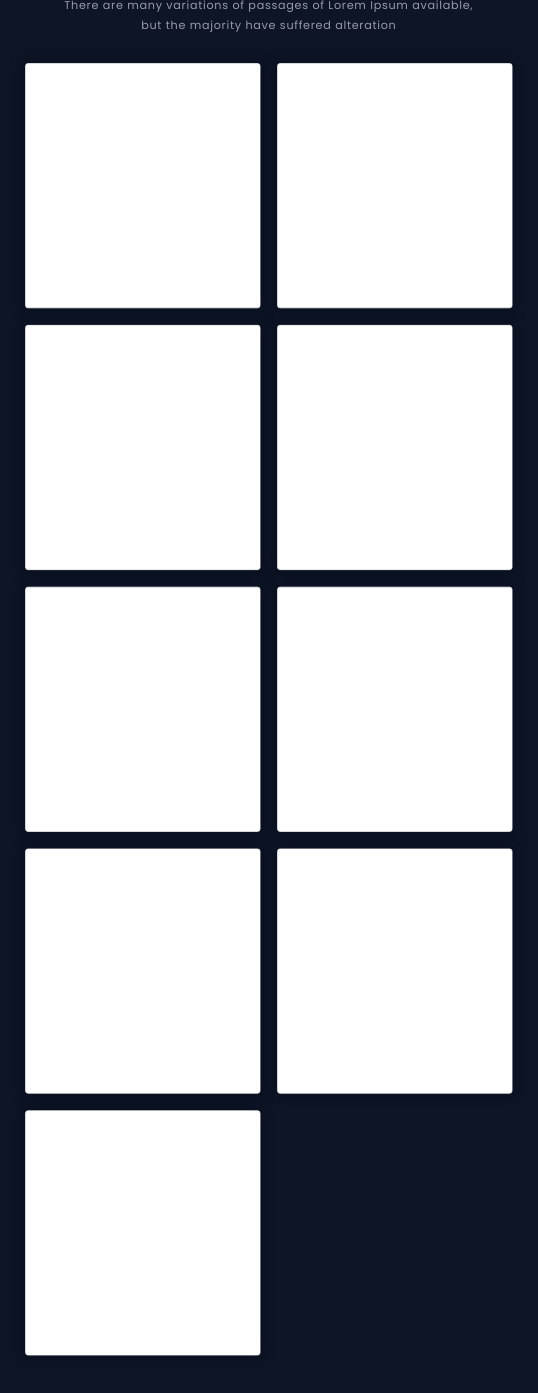
Repository: wadelfadill/Bootstrap_tache_3_responsive_portfolio
Page: index.html
These files come from the project's save history. The page is drawn as it stood at one moment and after the next save; the edit follows.
The browser window is 768 px wide. The pictures show the part of the page from y = 3546 to 5786 px (the page is 5536 px tall before and 5786 px after), at 70% of full size.
Pictures or frames that could not be fetched are drawn as grey boxes. Backgrounds fixed to the window are drawn as part of the page. Some web libraries are served in a nearby version.

Above is the page before, as saved 2023-04-11 12:03:40.

### index.html
<!DOCTYPE html>
<html lang="en">
<head>
    <meta charset="UTF-8">
    <meta http-equiv="X-UA-Compatible" content="IE=edge">
    <meta name="viewport" content="width=device-width, initial-scale=1.0">
    <title>Bootstrap_Responsive_Portfolio</title>
    <!------ FAVICON ------->
    <link rel="icon" type="image/png" href="images/favicon.png">

    <!------------ Bootstrap link --------------->
    <link href="https://cdn.jsdelivr.net/npm/bootstrap@5.1.3/dist/css/bootstrap.min.css" rel="stylesheet" integrity="sha384-1BmE4kWBq78iYhFldvKuhfTAU6auU8tT94WrHftjDbrCEXSU1oBoqyl2QvZ6jIW3" crossorigin="anonymous">

    <!-------------- Font-awsome script  ------------->
    <script src="https://kit.fontawesome.com/8f130c8a35.js" crossorigin="anonymous"></script>

    <!------------ CSS files link  ------------->
    <link rel="stylesheet" href="css/style.css">
    <link rel="stylesheet" href="css/responsive-style.css">

    <!------------- Google-Font link ---------------->
    <link rel="stylesheet" href="https://fonts.googleapis.com/css2?family=Poppins%3Awght%40100%3B200%3B300%3B400%3B500%3B600%3B700%3B800%3B900&display=swap">
</head>
<body data-bs-spy="scroll" data-bs-target=".navbar" data-bs-offset="75">
    <!------------------------------------------------------>
        <!------------- Navbar Section ----------->
        <header class="header_wrapper">
            <nav class="navbar navbar-expand-lg fixed-top">
                <div class="container">
                  <a class="navbar-brand" href="#">
                    <img src="images/logo.png" alt="logo" class="img-fluid">
                  </a>
                  <button class="navbar-toggler" type="button" data-bs-toggle="collapse" data-bs-target="#navbarNav" aria-controls="navbarNav" aria-expanded="false" aria-label="Toggle navigation">
                    <i class="fa-solid fa-bars-staggered navbar-toggler-icon"></i>
                  </button>
                  <div class="collapse navbar-collapse justify-content-end" id="navbarNav">
                    <ul class="navbar-nav menu-navbar-nav">
                      <li class="nav-item">
                        <a class="nav-link active" aria-current="page" href="#home">Home</a>
                      </li>
                      <li class="nav-item">
                        <a class="nav-link" href="#about">About</a>
                      </li>
                      <li class="nav-item">
                        <a class="nav-link" href="#services">Services</a>
                      </li>
                      <li class="nav-item">
                        <a class="nav-link" href="#portfolio">Portfolio</a>
                      </li>
                      <li class="nav-item">
                        <a class="nav-link" href="#contact">Contact</a>
                      </li>
                      <li class="nav-item mt-3 mt-lg-0">
                        <a class="main-btn" href="#contact">Hire me</a>
                      </li>
                    </ul>
                  </div>
                </div>
              </nav>
        </header>
        <!----------- Navbar section end -------->
    <!------------------------------------------------------>
        <!----------- Banner section ------------->
        <section id="home" class="banner_wrapper">
            <div class="container">
                <div class="row">
                    <div class="col-sm-12 text-center text-md-start">
                        <h6>WELCOME TO MY WORLD</h6>
                        <h1>I'me Joe Biden <br> JS Developer. <span><br>based in USA</span></h1>
                        <div class="mt-4">
                            <a href="" class="main-btn">Download CV</a>
                        </div>
                    </div>
                </div>
            </div>
        </section>
        <!----------- Banner section end --------->
    <!------------------------------------------------------>
        <!----------- About section -------------->
        <section id="about" class="about_wrapper">
            <div class="container">
              <div class="row justify-content-between align-items-center">
                  <div class="col-lg-5 mb-lg-0">
                    <img src="images/about.jpg" alt="about-img" class="img-fluid rounded-3">
                  </div>
                  <div class="col-lg-7 ps-lg-5 text-center text-lg-start">
                    <div class="my-3 my-lg-0">
                      <span class="subtitle">My About Details</span>
                      <h2>About Me</h2>
                      <p>There are many variations of passages of lorem Ipsum available, but the majority have
                        suffered in some form, by injected humour.</p>
                    </div>
                    <div class="pt-4">
                      <ul class="nav nav-pills mb-3 justify-content-center justify-content-lg-between" id="pills-tab" role="tablist">
                        <li class="nav-item" role="presentation">
                          <button class="nav-link active" id="pills-skill-tab" data-bs-toggle="pill" data-bs-target="#pills-skill" type="button" role="tab" aria-controls="pills-skill" aria-selected="true">Main skills</button>
                        </li>
                        <li class="nav-item" role="presentation">
                          <button class="nav-link" id="pills-award-tab" data-bs-toggle="pill" data-bs-target="#pills-award" type="button" role="tab" aria-controls="pills-award" aria-selected="false">Awards</button>
                        </li>
                        <li class="nav-item" role="presentation">
                          <button class="nav-link" id="pills-experiance-tab" data-bs-toggle="pill" data-bs-target="#pills-experiance" type="button" role="tab" aria-controls="pills-experiance" aria-selected="false">Experiances</button>
                        </li>
                        <li class="nav-item" role="presentation">
                          <button class="nav-link" id="pills-education-tab" data-bs-toggle="pill" data-bs-target="#pills-education" type="button" role="tab" aria-controls="pills-education" aria-selected="false">Education</button>
                        </li>
                      </ul>
                      <div class="tab-content" id="pills-tabContent">
                        <div class="tab-pane fade show active" id="pills-skill" role="tabpanel" aria-labelledby="pills-skill-tab" tabindex="0">
                            <div class="single-progress">
                                <h6>Designing</h6>
                                <div class="progress">
                                  <div class="progress-bar" role="progressbar" aria-label="Basic example" style="width: 95%" aria-valuenow="25" aria-valuemin="0" aria-valuemax="100"></div>
                                </div>
                                <span class="label">95%</span>
                            </div>
                            <div class="single-progress">
                              <h6>Management</h6>
                              <div class="progress">
                                <div class="progress-bar" role="progressbar" aria-label="Basic example" style="width: 85%" aria-valuenow="25" aria-valuemin="0" aria-valuemax="100"></div>
                              </div>
                              <span class="label">85%</span>
                            </div>
                            <div class="single-progress">
                              <h6>Designing</h6>
                              <div class="progress">
                                <div class="progress-bar" role="progressbar" aria-label="Basic example" style="width: 95%" aria-valuenow="25" aria-valuemin="0" aria-valuemax="100"></div>
                              </div>
                              <span class="label">95%</span>
                            </div>
                            <div class="single-progress">
                              <h6>Marketing</h6>
                              <div class="progress">
                                <div class="progress-bar" role="progressbar" aria-label="Basic example" style="width: 75%" aria-valuenow="25" aria-valuemin="0" aria-valuemax="100"></div>
                              </div>
                              <span class="label">75%</span>
                            </div>
                            <div class="single-progress">
                              <h6>Development</h6>
                              <div class="progress">
                                <div class="progress-bar" role="progressbar" aria-label="Basic example" style="width: 80%" aria-valuenow="25" aria-valuemin="0" aria-valuemax="100"></div>
                              </div>
                              <span class="label">80%</span>
                            </div>
                        </div>
                        <div class="tab-pane fade" id="pills-award" role="tabpanel" aria-labelledby="pills-award-tab" tabindex="0">
                          <ul class="text-start ps-0">
                            <li>
                              <a href="#">
                              Awards.com<span>- Winner</span></a> 2019 -2020</li>
                            <li>
                              <a href="#">
                              CSS Design Awards<span>- Winner</span></a> 2017 - 2018</li>
                            <li>
                              <a href="#">
                              Design nominees<span>- Site of the day</span></a></li>
                            <li>
                              <a href="#">
                              Awards.com<span>- Winner</span></a> 2019 - 2020</li>
                          </ul>
                        </div>
                        <div class="tab-pane fade" id="pills-experiance" role="tabpanel" aria-labelledby="pills-experiance-tab" tabindex="0">
                          <ul class="text-start ps-0">
                              <li><a href="#">Sr. Front-end Engineer <span>- Google</span></a>2018 - Current</li>
                              <li><a href="#">Front-end Engineer<span>- Microsoft</span></a> 2017 - 2018</li>
                              <li><a href="#">Software Engineer<span>- Alibaba</span></a> 2013 - 2014</li>
                              <li><a href="#">Software Engineer<span>- Alibaba</span></a> 2013 - 2014</li>
                          </ul>
                        </div>
                        <div class="tab-pane fade" id="pills-education" role="tabpanel" aria-labelledby="pills-education-tab" tabindex="0">
                          <ul class="text-start ps-0">
                            <li><a href="#">Bsc In CSE <span>- ABC University, Los Angeles, CA</span></a>2010</li>
                            <li><a href="#">Dilploma in Computer Science<span>- Gama Technical</span></a> 2009</li>
                            <li><a href="#">Graphic Designer<span>- ABC Institute, Los Angeles, CA</span></a> 2007</li>
                            <li><a href="#">Graphic Designer<span>- ABC Institute, Los Angeles, CA</span></a> 2007</li>
                        </ul>
                        </div>
                      </div>
                    </div>
                  </div>
              </div>
            </div>
        </section>
        <!----------- About section end ---------->
    <!------------------------------------------------------->
        <!----------- Services section ----------->
        <section id="services" class="services_wrapper">
            <div class="container">
              <div class="row">
                <div class="col-sm-12 text-center mb-4">
                  <span class="subtitle">
                    What I can do for you
                  </span>
                  <h2>My Awesome Service</h2>
                  <p>There are many variations of passages of Lorem Ipsum available,
                    <br class="d-none d-md-block"> but the majority have suufered alteration.</p>
                </div>
                <div class="row">
                  <div class="col-lg-4 col-md-6 mb-4">
                    <div class="card">
                      <div class="card-body text-md-start text-center">
                        <img src="images/service/service-1.svg" alt="service-img-1" class="img-fluid mb-4">
                        <h3>Business Strategy</h3>
                        <p>Lorem ipsum dolor sit amet, consectetur adipisicing elit.</p>
                      </div>
                    </div>
                  </div>
                  <div class="col-lg-4 col-md-6 mb-4">
                    <div class="card">
                      <div class="card-body text-md-start text-center">
                        <img src="images/service/service-1.svg" alt="service-img-1" class="img-fluid mb-4">
                        <h3>Business Strategy</h3>
                        <p>Lorem ipsum dolor sit amet, consectetur adipisicing elit.</p>
                      </div>
                    </div>
                  </div>
                  <div class="col-lg-4 col-md-6 mb-4">
                    <div class="card">
                      <div class="card-body text-md-start text-center">
                        <img src="images/service/service-2.svg" alt="service-img-1" class="img-fluid mb-4">
                        <h3>Marketing & Reporting</h3>
                        <p>Lorem ipsum dolor sit amet, consectetur adipisicing elit.</p>
                      </div>
                    </div>
                  </div>
                  <div class="col-lg-4 col-md-6 mb-4">
                    <div class="card">
                      <div class="card-body text-md-start text-center">
                        <img src="images/service/service-3.svg" alt="service-img-1" class="img-fluid mb-4">
                        <h3>Mobile App Development</h3>
                        <p>Lorem ipsum dolor sit amet, consectetur adipisicing elit.</p>
                      </div>
                    </div>
                  </div>
                  <div class="col-lg-4 col-md-6 mb-4">
                    <div class="card">
                      <div class="card-body text-md-start text-center">
                        <img src="images/service/service-4.svg" alt="service-img-1" class="img-fluid mb-4">
                        <h3>Marketing & Reporting</h3>
                        <p>Lorem ipsum dolor sit amet, consectetur adipisicing elit.</p>
                      </div>
                    </div>
                  </div>
                  <div class="col-lg-4 col-md-6 mb-4">
                    <div class="card">
                      <div class="card-body text-md-start text-center">
                        <img src="images/service/service-3.svg" alt="service-img-1" class="img-fluid mb-4">
                        <h3>Mobile App Development</h3>
                        <p>Lorem ipsum dolor sit amet, consectetur adipisicing elit.</p>
                      </div>
                    </div>
                  </div>
                  <div class="col-lg-4 col-md-6 mb-4">
                    <div class="card">
                      <div class="card-body text-md-start text-center">
                        <img src="images/service/service-1.svg" alt="service-img-1" class="img-fluid mb-4">
                        <h3>Business Strategy</h3>
                        <p>Lorem ipsum dolor sit amet, consectetur adipisicing elit.</p>
                      </div>
                    </div>
                  </div>
                  <div class="col-lg-4 col-md-6 mb-4">
                    <div class="card">
                      <div class="card-body text-md-start text-center">
                        <img src="images/service/service-2.svg" alt="service-img-1" class="img-fluid mb-4">
                        <h3>Marketing & Reporting</h3>
                        <p>Lorem ipsum dolor sit amet, consectetur adipisicing elit.</p>
                      </div>
                    </div>
                  </div>
                </div>
              </div>
            </div>
        </section>
        <!----------- Services section end ------->
    <!------------------------------------------------------->
        <!----------- Portfolio section ---------->
        <section id="portfolio" class="portfolio_wrapper">
            <div class="container">
              <div class="row">
                <div class="col-sm-12 text-center mb-4">
                  <span class="subtitle">My Complete project</span>
                  <h2>My latest Project</h2>
                  <p>There are many variations of passages of Lorem Ipsum available,
                     <br class="d-none d-md-block">
                     but the majority have suffered alteration
                  </p>
                </div>
              </div>
              <div class="row">
                <div class="col-lg-3 col-sm-6 mb-4">
                  <div class="card p-0">
                    <span style="background-image: url('./images/portfolio/Foodies.png');"></span>
                  </div>
                </div>
                <div class="col-lg-3 col-sm-6 mb-4">
                  <div class="card p-0">
                    <span style="background-image: url('./images/portfolio/App-Landing-Page.png');"></span>
                  </div>
                </div>
                <div class="col-lg-3 col-sm-6 mb-4">
                  <div class="card p-0">
                    <span style="background-image: url('./images/portfolio/Christmas-Landing-Page.png');"></span>
                  </div>
                </div>
                <div class="col-lg-3 col-sm-6 mb-4">
                  <div class="card p-0">
                    <span style="background-image: url('./images/portfolio/Ecommerce-Jewellery-Website.png');"></span>
                  </div>
                </div>
                <div class="col-lg-3 col-sm-6 mb-4">
                  <div class="card p-0">
                    <span style="background-image: url('./images/portfolio/E-Commerce-Website-Using-Bootstap-5.png');"></span>
                  </div>
                </div>
                <div class="col-lg-3 col-sm-6 mb-4">
                  <div class="card p-0">
                    <span style="background-image: url('./images/portfolio/Hashtag-Landing-Page.png');"></span>
                  </div>
                </div>
                <div class="col-lg-3 col-sm-6 mb-4">
                  <div class="card p-0">
                    <span style="background-image: url('./images/portfolio/HeadPhones.png');"></span>
                  </div>
                </div>
                <div class="col-lg-3 col-sm-6 mb-4">
                  <div class="card p-0">
                    <span style="background-image: url('./images/portfolio/Pizza-Landing-Page.png');"></span>
                  </div>
                </div>
                <div class="col-lg-3 col-sm-6 mb-4">
                  <div class="card p-0">
                    <span style="background-image: url('./images/portfolio/SEO-Landing-Page.png');"></span>
                  </div>
                </div>
              </div>
            </div>
        </section>
        <!----------- Portfolio section end ----->
    <!------------------------------------------------------->
        <!----------- Contact section ----------->

        <!----------- Contact section end ------->
    <!------------------------------------------------------->
        <!------------ Footer section ----------->

        <!------------ Footer section end ------->
    <!------------------------------------------------------->
        <!-- JS file link -->
        <script src="js/main.js"></script>
        <!---------------- bootstrap script -------------->
        <script src="https://cdn.jsdelivr.net/npm/bootstrap@5.1.3/dist/js/bootstrap.bundle.min.js" integrity="sha384-ka7Sk0Gln4gmtz2MlQnikT1wXgYsOg+OMhuP+IlRH9sENBO0LRn5q+8nbTov4+1p" crossorigin="anonymous"></script>
</body>
</html>

### css/responsive-style.css
@media (max-width:991px){

    /* Custom css */
    section{
        padding: 30px 0;
    }
    h2{
        font-size: 30px;
        line-height: 40px;
    }
    h3{
        font-size: 20px;
    }
    /* 2. Navbar */
    .header-scrolled{
        height: auto;
    }
    .header_wrapper .menu-navbar-nav{
        text-align: center;
        background-color: var(--bg-dark-blue);
        padding-bottom: 15px;
    }
    .header_wrapper .nav-item .nav-link{
        margin-top: 15px;
    }
    /* banner wrapper */
    .banner_wrapper{
        padding: 200px 0;
    }
    /* About wrapper */
    .about_wrapper ul.nav-pills{
        width: 61%;
        margin: auto;
    }
}



@media (max-width:767px){
    /* Custom css */
    section{
        padding: 30px 0;
    }
    h1{
        font-size: 40px;
        line-height: 48px;
    }
    h2{
        font-size: 25px;

    }
    p{
        font-size: 13px;
        line-height: 24px;
    }
    /* About wrapper */
    .about_wrapper ul.nav-pills{
        width: 100%;
        margin: auto;
        border: 0;
    }
    /* About wrapper */
    .about_wrapper ul.nav-pills{
        width: 61%;
        /* margin: auto; */
    }
    .about_wrapper ul li .nav-link{
        font-size: 13px;
    }
}

Loaded but not shown: js/main.js (18 lines, source omitted); css/style.css (303 lines, source omitted)

After the next save:
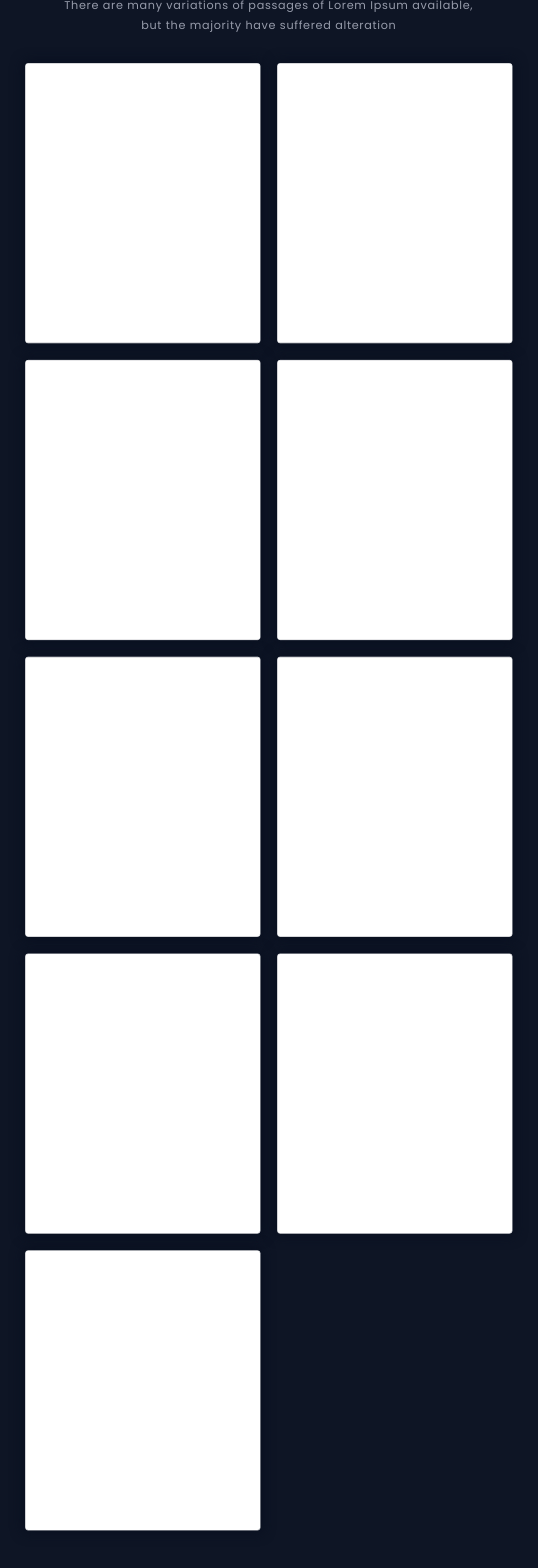
Saved 2 min 36 s later.
--- a/css/responsive-style.css
+++ b/css/responsive-style.css
@@ -32,6 +32,11 @@
         width: 61%;
         margin: auto;
     }
+    /* portfolio */
+    .portfolio_wrapper .card{
+        min-height: 400px;
+    }
+
 }
 
 
